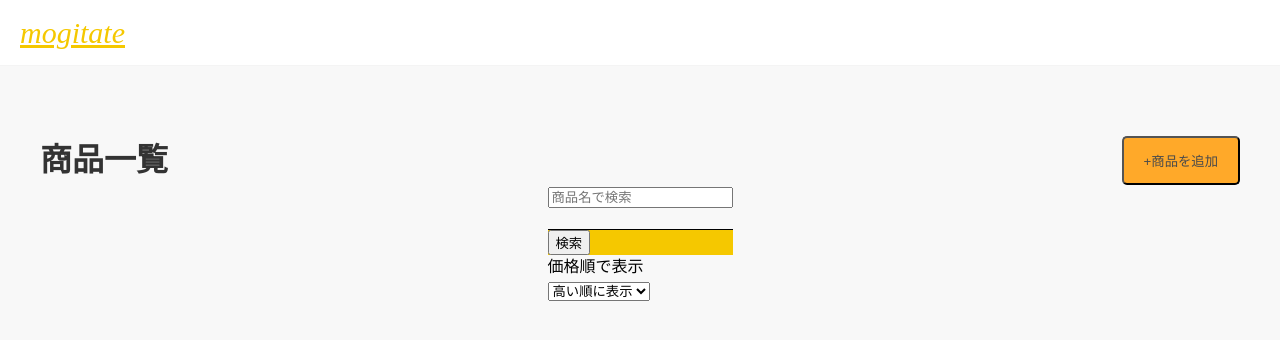
Repository: SuzukiFuminori/test-fruit
Page: http://localhost/products
An editor plug-in stored every save of this project. The page is shown before and after the next save, followed by the edit.
The browser window is 1280 px wide. The pictures show the whole page.
The page is served by the project's Laravel application, run on PHP 8.4 with Laravel 8. Queries for data that is not in the repository find no rows.

Above is the page before, as saved 2024-12-30 05:02:54.

After the next save:
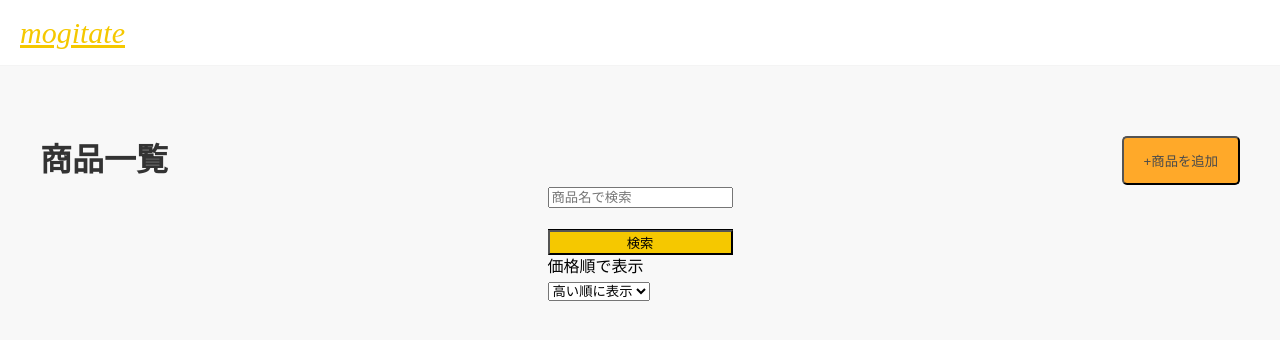
Saved 46 s later.
--- a/src/public/css/index.css
+++ b/src/public/css/index.css
@@ -39,7 +39,7 @@
   border-bottom: solid 1px;
 }
 
-.search__button {
+.search__button-submit {
   width: 100%;
   padding: 10px auto;
   background: #F5C800;
